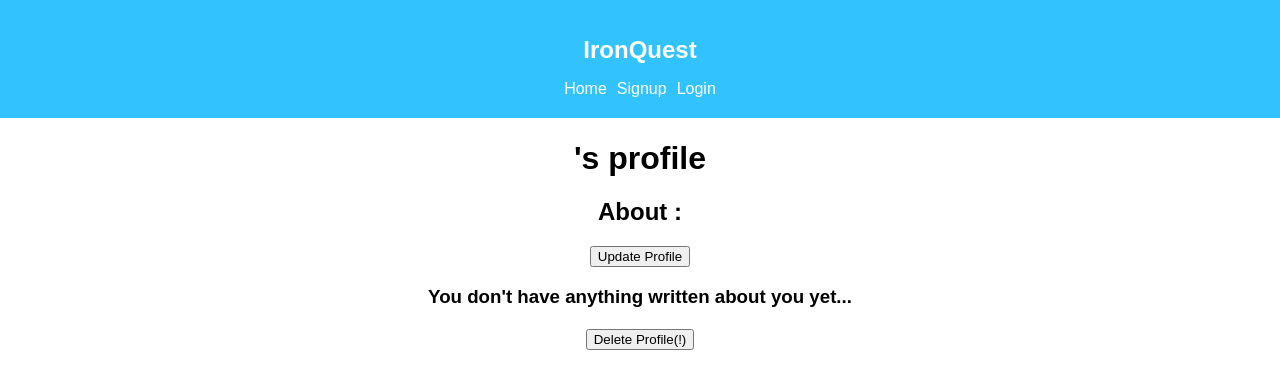
Repository: MikeTroianello/project4
Page: /profile (app in client/)
The author's editor kept a copy of each file at every save. The page is drawn from the files as they stood at one save, then again after the next save.
The browser window is 1280 px wide. The pictures show the whole page.
The page's requests for data from a server got no answer. The project was rebuilt for these pictures with package versions that can differ from the ones it lists, and the page was loaded fresh each time. No one was signed in, and anything a server would have sent is missing. Also part of the build but not shown: client/src/components/pages/StoryPage.jsx, client/src/components/pages/CreateStory.jsx, client/src/components/pages/ReadStory.jsx, client/src/components/pages/Home.jsx, client/src/components/pages/Login.jsx, client/src/components/pages/Signup.jsx.

Above is the page before, as saved 2019-03-21 19:25:22.

After the next save:
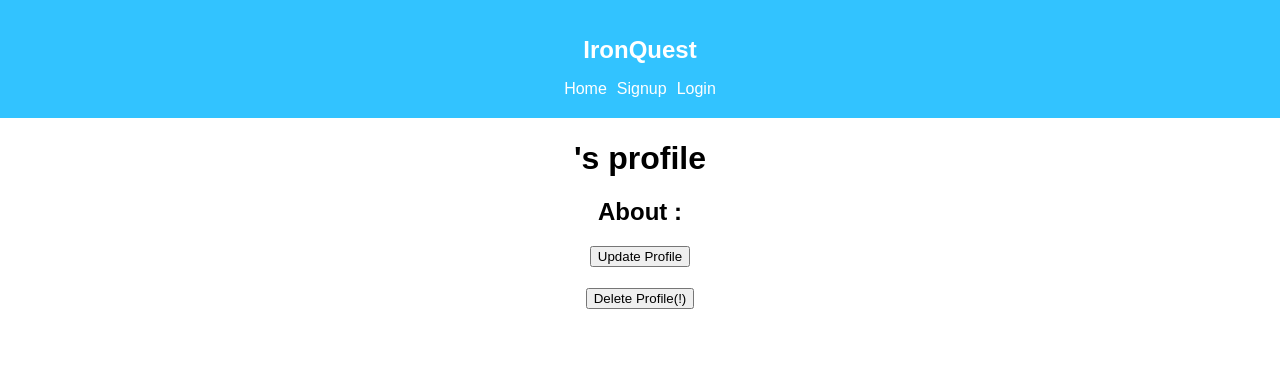
Saved 55 s later.
--- a/client/src/components/pages/Profile.jsx
+++ b/client/src/components/pages/Profile.jsx
@@ -47,7 +47,7 @@
       <h1>{this.state.user.username}'s profile</h1>
       <h2>About {this.state.user.username}:</h2>
       <button onClick={(e) => this.updateProfile()}>Update Profile</button><br></br>
-      {!this.state.user.update && <h3>You don't have anything written about you yet...</h3>}
+      {!this.state.user && <h3>You don't have anything written about you yet...</h3>}
       <h1>{this.state.user.about}</h1>
       <button onClick={(e) => this.deleteProfile()}>Delete Profile(!)</button>
       {this.state.show && <h1>DELETE PROFILE?!</h1>}

After the save that followed:
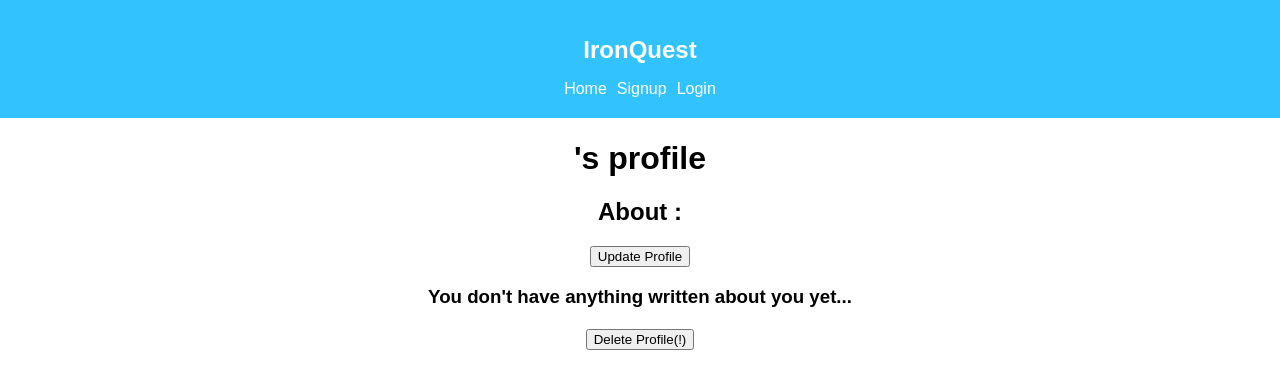
Saved 6 s later.
--- a/client/src/components/pages/Profile.jsx
+++ b/client/src/components/pages/Profile.jsx
@@ -47,7 +47,7 @@
       <h1>{this.state.user.username}'s profile</h1>
       <h2>About {this.state.user.username}:</h2>
       <button onClick={(e) => this.updateProfile()}>Update Profile</button><br></br>
-      {!this.state.user && <h3>You don't have anything written about you yet...</h3>}
+      {!this.state.user.update && <h3>You don't have anything written about you yet...</h3>}
       <h1>{this.state.user.about}</h1>
       <button onClick={(e) => this.deleteProfile()}>Delete Profile(!)</button>
       {this.state.show && <h1>DELETE PROFILE?!</h1>}
